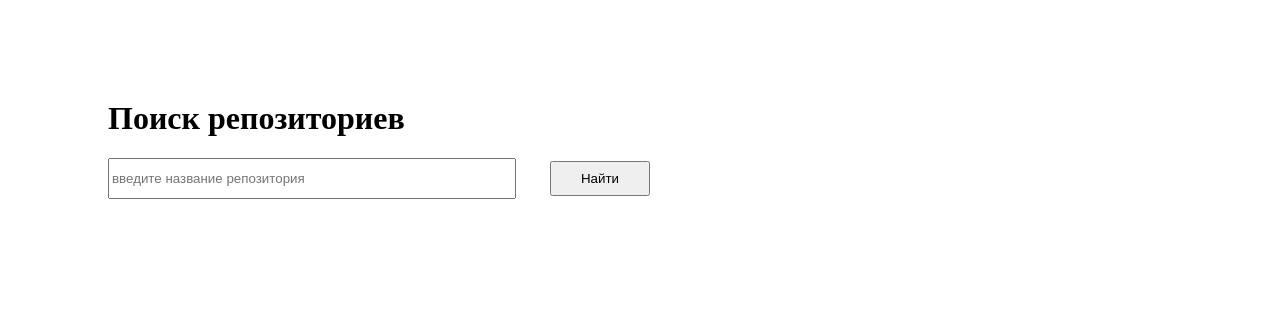
Repository: Grid-Master/repositoriesSearch
Page: index.html
These files come from the project's save history. The page is drawn as it stood at one moment and after the next save; the edit follows.
The browser window is 1280 px wide. The pictures show the whole page.

Above is the page before, as saved 2023-03-06 00:59:30.

After the next save:
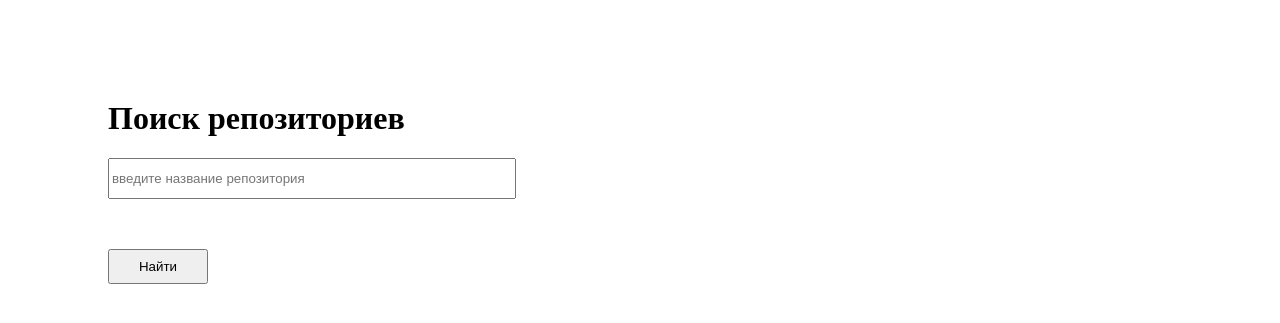
Saved 23 s later.
--- a/index.html
+++ b/index.html
@@ -35,6 +35,10 @@
       ul a:hover {
         background-color: aqua;
       }
+
+      div {
+        width: 40vw;
+      }
     </style>
   </head>
   <body>
